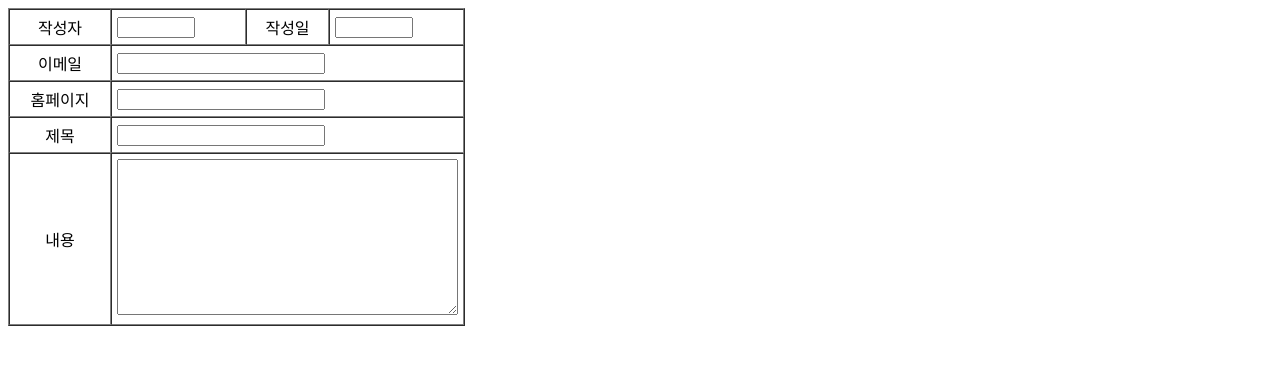
Repository: kimsuel/java-ee-practice
Page: guestbookservlet/WebContent/guestbook/guestbookList.html
These files come from the project's save history. The page is drawn as it stood at one moment and after the next save; the edit follows.
The browser window is 1280 px wide. The pictures show the whole page.

Above is the page before, as saved 2018-06-20 07:43:26.

### guestbookservlet/WebContent/guestbook/guestbookList.html
<!DOCTYPE html>
<html>
<head>
<meta charset="UTF-8">
<title>글 목록</title>
</head>
<body>
	<table border="1" cellpadding="5" cellspacing="0">
			<tr>
				<td width="90" align="center">작성자</td>
				<td><input type="text" name="email" style="width:70px"></td>
				<td align="center">작성일</td>
				<td><input type="text" name="email" style="width:70px"></td>
			</tr>
			<tr>
				<td align="center">이메일</td>
				<td colspan="3"><input type="text" name="email" style="width:200px"></td>
			</tr>
			<tr>
				<td align="center">홈페이지</td>
				<td colspan="3"><input type="text" name="homepage" style="width: 200px"></td>
			</tr>
			<tr>
				<td align="center">제목</td>
				<td colspan="3"><input type="text" name="subject" style="width: 200px"></td>
			</tr>
			<tr>
				<td align="center">내용</td>
				<td colspan="3"><textarea cols="40" rows="10" name="content"></textarea></td>
			</tr>
		</table>
	</body>
</html>

After the next save:
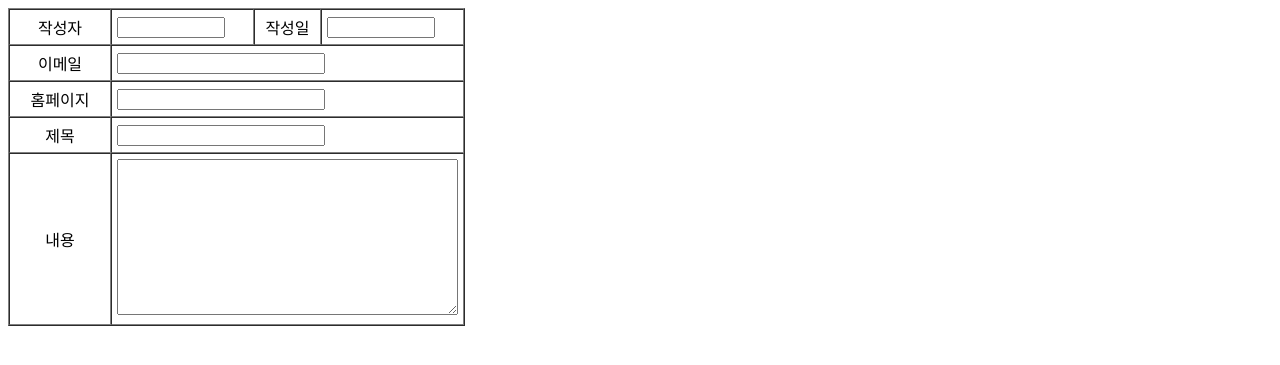
Saved 22 s later.
--- a/guestbookservlet/WebContent/guestbook/guestbookList.html
+++ b/guestbookservlet/WebContent/guestbook/guestbookList.html
@@ -8,9 +8,9 @@
 	<table border="1" cellpadding="5" cellspacing="0">
 			<tr>
 				<td width="90" align="center">작성자</td>
-				<td><input type="text" name="email" style="width:70px"></td>
+				<td><input type="text" name="email" style="width:100px"></td>
 				<td align="center">작성일</td>
-				<td><input type="text" name="email" style="width:70px"></td>
+				<td><input type="text" name="email" style="width:100px"></td>
 			</tr>
 			<tr>
 				<td align="center">이메일</td>
